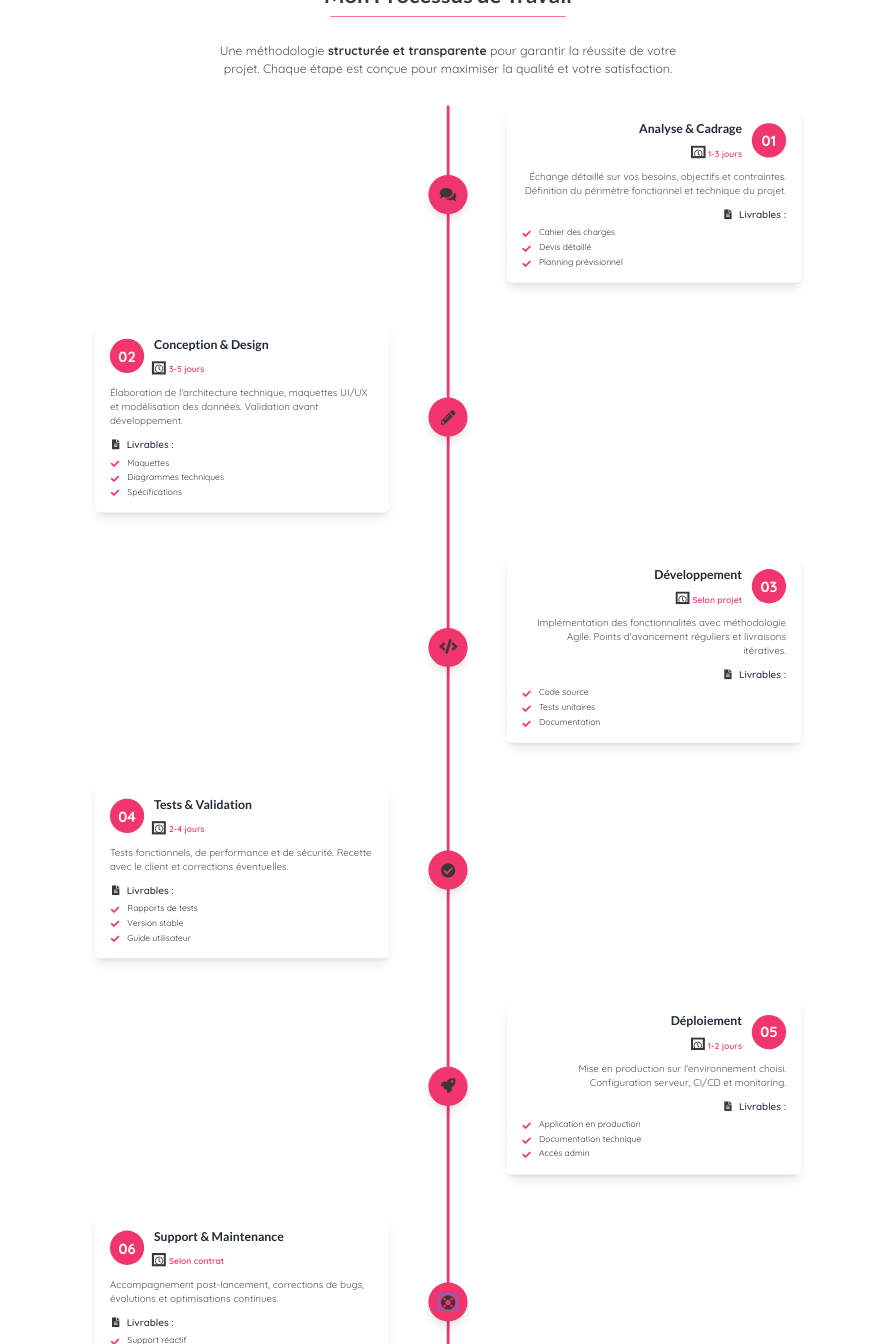
Repository: OussamSJ/Portfolio
Page: /projet
An editor plug-in stored every save of this project. The page is shown before and after a run of saves, followed by the edit.
The browser window is 1280 px wide. The pictures show the part of the page from y = 1640 to 3560 px (the page is 4174 px tall before and 4216 px after), at 70% of full size.
The project was rebuilt for these pictures with package versions that can differ from the ones it lists, and the page was loaded fresh each time. Also part of the build but not shown: src/ContactForm.js, src/Services.js, src/Badgescertifications.js, src/Home.js, src/Cv.js, src/Expcomponent.js, src/Experiences.js, src/FormationComponent.js and 6 more.

Above is the page before, as saved 2026-02-06 16:34:06.

### public/index.html
<!DOCTYPE html>
<html lang="en">
  <head>
    <meta charset="utf-8" />
    <link rel="icon" href="%PUBLIC_URL%/Logo-Devloper.png" />
    <meta name="viewport" content="width=device-width, initial-scale=1" />
    <meta name="theme-color" content="#000000" />
    <meta
      name="description"
      content="Web site created using create-react-app"
    />
    <link rel="apple-touch-icon" href="%PUBLIC_URL%/logo192.png" />
    <!--
      manifest.json provides metadata used when your web app is installed on a
      user's mobile device or desktop. See https://developers.google.com/web/fundamentals/web-app-manifest/
    -->
    <link rel="manifest" href="%PUBLIC_URL%/manifest.json" />
    <!--
      Notice the use of %PUBLIC_URL% in the tags above.
      It will be replaced with the URL of the `public` folder during the build.
      Only files inside the `public` folder can be referenced from the HTML.

      Unlike "/favicon.ico" or "favicon.ico", "%PUBLIC_URL%/favicon.ico" will
      work correctly both with client-side routing and a non-root public URL.
      Learn how to configure a non-root public URL by running `npm run build`.
    -->
    <title>Portfolio App</title>
  </head>
  <body>
    <noscript>You need to enable JavaScript to run this app.</noscript>
    <div id="root"></div>
    <!--
      This HTML file is a template.
      If you open it directly in the browser, you will see an empty page.

      You can add webfonts, meta tags, or analytics to this file.
      The build step will place the bundled scripts into the <body> tag.

      To begin the development, run `npm start` or `yarn start`.
      To create a production bundle, use `npm run build` or `yarn build`.
    -->
  </body>
</html>

### src/index.js
import React from 'react';
import ReactDOM from 'react-dom/client';
import './index.css';
import App from './App';
import reportWebVitals from './reportWebVitals';
import 'semantic-ui-css/semantic.min.css'

const root = ReactDOM.createRoot(document.getElementById('root'));
root.render(
  <React.StrictMode>
    <App />
  </React.StrictMode>
);

// If you want to start measuring performance in your app, pass a function
// to log results (for example: reportWebVitals(console.log))
// or send to an analytics endpoint. Learn more: https://bit.ly/CRA-vitals
reportWebVitals();

### src/index.css
@import url('https://fonts.googleapis.com/css2?family=Quicksand:wght@300;400;500;600;700&display=swap');
@tailwind base;
@tailwind components;
@tailwind utilities;

/* base styles */
* {
  margin: 0;
  font-family: -apple-system, BlinkMacSystemFont, 'Segoe UI', 'Roboto', 'Oxygen',
    'Ubuntu', 'Cantarell', 'Fira Sans', 'Droid Sans', 'Helvetica Neue',
    sans-serif;
  -webkit-font-smoothing: antialiased;
  -moz-osx-font-smoothing: grayscale;
  font-family: "Quicksand";
  color: #3b3737;
}

html {
  scroll-behavior: smooth;
}

code {
  font-family: source-code-pro, Menlo, Monaco, Consolas, 'Courier New',
    monospace;
}

.navbar {
  padding: 20px;
  display: flex;
  align-items: center;
  max-width: 1200px;
  margin: 0 auto;
  border-bottom: 1px solid #212020;

}

.navbar h1 {
  color: #f1356d;
}

.navbar .links {
  margin-left: auto;
}

.navbar a {
  margin-left: 16px;
  text-decoration: none;
  padding: 6px;
}

.navbar img {
  width: 40px;
  height: 40px;
  margin: 5px;
  object-fit: cover;
  /* remplit et rogne si besoin */
  border-radius: 50%;
  /* transforme le carré en cercle */
  display: block;
}

.navbar a:hover {
  color: #f1356d;
}


/* Responsive: cache les liens sur mobile */
.desktop-only {
  display: flex;
}


.mobile-toggle {
  display: none;
  margin-left: auto;
  cursor: pointer;
}

/* Responsive behavior */
/* Masque le menu desktop sur petits écrans */
@media (max-width: 768px) {
  .desktop-only {
    display: none !important;
  }

  .mobile-toggle {
    display: block !important;
    cursor: pointer;
  }
}


.content {
  max-width: 1200px;
  margin: 40px auto;
  padding: 20px;
}


.couverture {
  background-image:
    url("/public/couverture-portfolio.png");
  background-size: cover;
  /* couvre tout le conteneur sans déformation */
  background-position: center;
  /* centre l’image */
  background-repeat: no-repeat;
  /* pas de répétition */
  height: 100%;
  width: 100%;
  color: white;
  font-family: 'Orbitron', sans-serif;
  /* une police géométrique, proche de celle utilisée */
}



.couverture h1 {
  margin-top: 20px auto;
  margin-right: 50px;
  align-items: center;
  text-align: center;
  color: aliceblue;
  text-align: right;
  font-family: 'Agrandir Grand', sans-serif;
  /* une police futuriste */
}


.portfolio-footer {
  justify-content: space-between;
  display: flex;
  padding: 20px;
  border-top: 1px solid #212020;
}

.card-title {
  margin-bottom: 20px;

  padding: 0;
  font-size: 1.2rem;

}

.social-links a {
  list-style: none;
  all: unset;
  color: inherit;
  text-decoration: none;
  margin-left: auto;
  text-align: left;

}

.social-links img {
  width: 40%;
  height: 40%;
}


ul {
  list-style-type: none;
  padding: 0;
  margin: 0;

}

.social-links a:hover {
  color: #f1356d;
}

.footer-bottom {
  display: block;
  text-align: center;
}

ul li {
  text-align: left;

}



.not-found {
  justify-content: center;
  align-items: center;
  text-align: center;
  height: 50vh;
  margin-top: 200px;
  font-size: 3rem;
}


img-couverture {
  width: 100%;
  height: 100%;
  justify-content: flex-end;
  align-items: center;
  object-fit: fill;
  /* Remplit l'élément sans déformation */
  border-radius: 50%;
  /* Transforme le carré en cercle */
  display: flex;
}

/* Amélioration des styles pour le Navbar */

/* Style pour l'item actif dans le menu desktop */
.navbar .links .ui.menu .item.active {
  color: #f1356d !important;
  font-weight: bold;
  border-bottom: 3px solid #f1356d;
}

/* Hover sur les items du menu desktop */
.navbar .links .ui.menu .item:hover {
  color: #f1356d !important;
  transition: color 0.3s ease;
}

/* Style du sidebar mobile - override de Semantic UI */
.ui.sidebar.menu .item {
  transition: all 0.3s ease;
}
.ui.sidebar.menu .item.item.active {

  border-left: 4px solid #f1356d !important;
}

.ui.sidebar.menu .item:hover {
  background-color: rgba(241, 53, 109, 0.1) !important;
}

/* Animation de l'overlay */
@keyframes fadeIn {
  from {
    opacity: 0;
  }
  to {
    opacity: 1;
  }
}

.sidebar-overlay {
  animation: fadeIn 0.3s ease;
}

/* Amélioration du bouton hamburger */
.mobile-toggle {
  color: #3b3737;
  transition: transform 0.3s ease;
}

.mobile-toggle:hover {
  transform: scale(1.1);
  color: #f1356d;
}

/* Responsive - s'assurer que le toggle est visible uniquement sur mobile */
@media (min-width: 769px) {
  .mobile-toggle {
    display: none !important;
  }
}

@media (max-width: 768px) {
  .desktop-only {
    display: none !important;
  }

  .mobile-toggle {
    display: block !important;
  }
}

/* Animation pulse pour le badge disponibilité */
@keyframes pulse {
  0%, 100% {
    opacity: 1;
  }
  50% {
    opacity: 0.5;
  }
}

.animate-pulse {
  animation: pulse 2s cubic-bezier(0.4, 0, 0.6, 1) infinite;
}

/* Amélioration des transitions */
.transition-all {
  transition-property: all;
  transition-timing-function: cubic-bezier(0.4, 0, 0.2, 1);
  transition-duration: 300ms;
}

### src/App.js
import React from 'react';
import { BrowserRouter, Routes, Route } from 'react-router-dom';
import Home from './Home';
import Navbar from './Navbar';
import Cv from './Cv';
import Footbar from './Footbar';
import Experiences from './Experiences';
import Formation from './Formation';
import ProjetDetail from './projets/ProjetDetail';
import Projet from './projets/Projet';


function App() {
  return (
    <BrowserRouter>
      <div className="App">
        <div className='content'>
          <Routes>
            <Route path="/" element={<Home />} />
            <Route path="/cv" element={<Cv />} />
            <Route path="/experiences-professionnelle" element={<div ><Navbar /> <Experiences /><Footbar /></div>} />
            <Route path="/formation" element={<div ><Navbar /> <Formation /><Footbar /></div>} />
            <Route path="/projet" element={<div ><Navbar /> <Projet /><Footbar /></div>} />

           <Route path="/projet/:id" element={<div><Navbar /><ProjetDetail /><Footbar /></div>} />
            <Route path="*" element={
              <div >
                <Navbar />
                <h1 className='not-found' >Page introuvable</h1>
                <Footbar />
              </div>
            } />
          </Routes>
        </div>
      </div>
    </BrowserRouter>
  );
}

export default App;

### src/Footbar.js
import { color } from "framer-motion";

const Footbar = () => {
  return (
    <div className="footbar">
      {/* footbar  */}
      <footer className="portfolio-footer">

      <div className="card-deck">
        <div className="card">
        <div className="card-body">
          <h4 className="card-title">À propos</h4>
          <p className="card-text">Développeur Web passionné, créant des expériences utilisateur fluides.</p>
        </div>
        </div>
      </div>

      <div className="card-deck">
        <div className="card">
        <div className="card-body">
          <h4 className="card-title">Liens utiles</h4>
          <ul className="social-links" style={{ color: '#3b3737'}}>

          <li><a href="/">Accueil</a></li>
          <li><a href="/projet">Projet</a></li>
          <li><a href="/cv">CV</a></li>
          <li><a href="/formation">Formations</a></li>

          </ul>
        </div>
        </div>
      </div>

      <div className="card-deck">
        <div className="card">
        <div className="card-body">
          <h4 className="card-title">Suivez-moi</h4>
          <ul className="social-links">
          <li><a href="https://github.com/OussamSJ"> <img src="/github.svg" alt="GitHub" target="_blank" rel="noopener noreferrer"></img></a></li>
          <li><a href="https://www.linkedin.com/in/oussama-sj/"> <img src="/linkedin.svg" alt="LinkedIn" target="_blank" rel="noopener noreferrer"></img></a></li>
          <li><a href="https://www.instagram.com/oussama.sj/"> <img  src="/instagram.svg" alt="Instagram" target="_blank" rel="noopener noreferrer"></img></a></li>
          </ul>
        </div>
        </div>
      </div>

      </footer>
      <div className="footer-bottom">
      <p>© 2025 Oussama SEYID JEBARI <br /> Tous droits réservés.</p>
      </div>

    </div>

    );
}

export default Footbar;

### src/projets/Projet.js

import ProjetComponent from "./ProjetComponent";
import Card from 'react-bootstrap/Card';
import Processus from "../Processus";

export const projets = [
    {
        id: '1',
        titre: 'Project management tool',
        description: 'Un site personnel développé avec React et Tailwind CSS.',
        description_longue: 'Ce portfolio présente mes compétences, expériences et projets. Il est entièrement responsive et utilise React pour une navigation fluide. Le design est réalisé avec Tailwind CSS pour une personnalisation rapide et efficace.',
        image: "/logo-pmt.png",
    },
    {
        id: '2',
        titre: 'Football Player Search',
        description: 'une application mobile Android développée avec Kotlin.',
        description_longue: 'une application mobile Android conçue pour offrir une recherche intuitive et rapide d’informations sur les joueurs de football du monde entier.',
        image: '/Android_project_image.png',
    },
    {
        id: '3',
        titre: 'Machine Learning - Prédire le Prix de Vente immobilier',
        description: 'Modèle de maching learning conçu pour anticiper les tendances du marché immobilier.',
        description_longue: 'Améliorer la précision des estimations afin d’aider à la prise de décision pour la mise en vente, optimiser les marges, et anticiper les tendances du marché immobilier. Ce projet illustre mes compétences en machine learning, mon savoir-faire en manipulation de données complexes, et ma capacité à transformer des insights en solutions concrètes.',
        image: '/machinelearning_project.png',
    },
    {
        id: '4',
        titre: 'GameUP API',
        description: 'API Spring Boot pour la plateforme GamesUP',
        description_longue: 'API Spring Boot pour la plateforme GamesUP, dédiée à la gestion de jeux de société et aux recommandations personnalisées via Machine Learning.',
        image: '/GameUp-image.png',
    },
];

export default function Projet() {
    return (
        <div className="relative max-w-6xl mx-auto py-auto px-auto mt-10 mb-10">
            <h1 className="text-3xl font-bold mb-8 text-center p-8">Mes Projets</h1>
            <Card>
                <Card.Img variant="top" className=" w-200 h-80 mx-auto" src="projects_image.png" />
                <Card.Body>
                    <Card.Text>
                        <p className="text-gray-700 text-2xl p-10  mg-auto ">
                            Cette section regroupe l’ensemble de mes projets réalisés au cours de mon parcours en développement logicielle.
                            Ils couvrent des domaines variés : développement web frontend, développement web backend, microservices, systèmes distribués, projets scolaires, scripts utilitaires et expérimentations personnelles.
                            Chaque projet illustre une compétence ou un apprentissage spécifique, que ce soit dans l’architecture logicielle, l’intégration continue, l’optimisation ou l'expérience utilisateur.
                            Vous pouvez consulter le code source sur mon profil GitHub, ou cliquer sur chaque carte projet pour plus de détails.
                        </p>

                        {/*<p className="text-gray-700 font-bold text-3xl mb-20 mg-auto">
                            voir les autre projets :
                        </p> */}

                        {/*   Projets */}
                        <div className="relative z-10 grid grid-cols-1 sm:grid-cols-2 lg:grid-cols-3 gap-8">
                            {projets
                                .sort(() => Math.random() - 0.5)
                                .map((pr, index) => (
                                    <ProjetComponent key={index} index={index} {...pr} />
                                ))}
                        </div>
                    </Card.Text>
                </Card.Body>
            </Card>
            <br />
            <Processus />

        </div>
    );
}

### src/projets/ProjetComponent.js
import { Link } from 'react-router-dom';

export default function ProjetComponent({ id, titre,  image, description, description_longue }) {



  return (
    <div className="border  shadow p-4 max-w-sm">
    <img src={image} alt={titre} className="w-full h-40 object-cover rounded-md" />
    <h3 className="text-xl font-bold mt-2">{titre}</h3>
    <p className="text-sm text-gray-600">{description}</p>
    <Link to={`/projet/${id}`} className="text-[#f1356d] mt-2 inline-block"  onClick={() => window.scrollTo(0, 0)}>
      Voir le projet →
    </Link>
  </div>
  );
}

### src/Processus.js
import { motion } from "framer-motion";
import { Icon } from "semantic-ui-react";

const etapes = [
  {
    numero: "01",
    titre: "Analyse & Cadrage",
    description: "Échange détaillé sur vos besoins, objectifs et contraintes. Définition du périmètre fonctionnel et technique du projet.",
    icon: "comments",
    duree: "1-3 jours",
    livrables: ["Cahier des charges", "Devis détaillé", "Planning prévisionnel"]
  },
  {
    numero: "02",
    titre: "Conception & Design",
    description: "Élaboration de l'architecture technique, maquettes UI/UX et modélisation des données. Validation avant développement.",
    icon: "pencil alternate",
    duree: "3-5 jours",
    livrables: ["Maquettes", "Diagrammes techniques", "Spécifications"]
  },
  {
    numero: "03",
    titre: "Développement",
    description: "Implémentation des fonctionnalités avec méthodologie Agile. Points d'avancement réguliers et livraisons itératives.",
    icon: "code",
    duree: "Selon projet",
    livrables: ["Code source", "Tests unitaires", "Documentation"]
  },
  {
    numero: "04",
    titre: "Tests & Validation",
    description: "Tests fonctionnels, de performance et de sécurité. Recette avec le client et corrections éventuelles.",
    icon: "check circle",
    duree: "2-4 jours",
    livrables: ["Rapports de tests", "Version stable", "Guide utilisateur"]
  },
  {
    numero: "05",
    titre: "Déploiement",
    description: "Mise en production sur l'environnement choisi. Configuration serveur, CI/CD et monitoring.",
    icon: "rocket",
    duree: "1-2 jours",
    livrables: ["Application en production", "Documentation technique", "Accès admin"]
  },
  {
    numero: "06",
    titre: "Support & Maintenance",
    description: "Accompagnement post-lancement, corrections de bugs, évolutions et optimisations continues.",
    icon: "life ring",
    duree: "Selon contrat",
    livrables: ["Support réactif", "Mises à jour", "Rapports mensuels"]
  }
];

export default function Processus() {
  return (
    <section className="my-20 px-4py-16">
      <div className="max-w-7xl mx-auto">
        <h2 className="text-4xl font-bold mb-4 text-center">Mon Processus de Travail</h2>
        <div className="relative top-1/2 w-1/3 mx-auto mb-10 h-0.5 bg-primary transform -translate-y-1/2 z-0 hidden  bg-gray-50  sm:block" />

        <p className="text-xl text-center text-gray-600 max-w-3xl mx-auto mb-12">
          Une méthodologie <strong>structurée et transparente</strong> pour garantir la réussite de votre projet.
          Chaque étape est conçue pour maximiser la qualité et votre satisfaction.
        </p>

        {/* Timeline */}
        <div className="relative">
          {/* Ligne verticale (desktop) */}
          <div className="absolute left-1/2 transform -translate-x-1/2 h-full w-1 bg-primary hidden lg:block" />

          {/* Étapes */}
          {etapes.map((etape, index) => {
            const isEven = index % 2 === 0;

            return (
              <motion.div
                key={index}
                initial={{ opacity: 0, x: isEven ? -50 : 50 }}
                whileInView={{ opacity: 1, x: 0 }}
                transition={{ duration: 0.6, delay: index * 0.1 }}
                viewport={{ once: true }}
                className={`relative mb-12 lg:mb-16 flex flex-col lg:flex-row items-center ${
                  isEven ? 'lg:flex-row-reverse' : ''
                }`}
              >
                {/* Contenu */}
                <div className={`w-full lg:w-5/12 ${isEven ? 'lg:text-right' : 'lg:text-left'}`}>
                  <div className="bg-white p-6 rounded-lg shadow-lg hover:shadow-xl transition-shadow duration-300">
                    {/* En-tête */}
                    <div className={`flex items-center gap-4 mb-4 ${isEven ? 'lg:flex-row-reverse' : ''}`}>
                      <div className="bg-primary text-white font-bold text-2xl w-14 h-14 rounded-full flex items-center justify-center flex-shrink-0">
                        {etape.numero}
                      </div>
                      <div>
                        <h3 className="text-xl font-bold text-gray-800">{etape.titre}</h3>
                        <p className="text-sm text-primary font-semibold">
                          <Icon name="clock outline" /> {etape.duree}
                        </p>
                      </div>
                    </div>

                    {/* Description */}
                    <p className="text-gray-600 mb-4">
                      {etape.description}
                    </p>

                    {/* Livrables */}
                    <div>
                      <p className="font-semibold text-gray-700 mb-2">
                        <Icon name="file alternate" /> Livrables :
                      </p>
                      <ul className={`text-sm text-gray-600 space-y-1 ${isEven ? 'lg:text-right' : ''}`}>
                        {etape.livrables.map((livrable, idx) => (
                          <li key={idx} className="flex items-center gap-2">
                            <Icon name="check" className="text-primary" />
                            <span>{livrable}</span>
                          </li>
                        ))}
                      </ul>
                    </div>
                  </div>
                </div>

                {/* Icône centrale (desktop) */}
                <div className="hidden lg:flex w-2/12 justify-center items-center">
                  <div className="bg-primary text-white w-16 h-16 rounded-full flex items-center justify-center shadow-lg z-10">
                    <Icon name={etape.icon} size="large" style={{ margin: 0 }} />
                  </div>
                </div>

                {/* Espace vide pour alignement (desktop) */}
                <div className="hidden lg:block w-5/12" />
              </motion.div>
            );
          })}
        </div>

        {/* Call to Action */}
        <div className="text-center mt-12 bg-white p-8 rounded-lg shadow-lg">
          <h3 className="text-2xl font-bold mb-4">Prêt à démarrer votre projet ?</h3>
          <p className="text-gray-600 mb-6">
            Contactez-moi pour discuter de vos besoins et obtenir un devis personnalisé.
          </p>
          <a
            href="#contact"
            className="inline-block bg-primary text-white font-bold py-3 px-8 rounded-lg hover:bg-opacity-90 transition-all duration-300 shadow-lg hover:shadow-xl"
          >
            Lancer mon projet
          </a>
        </div>
      </div>
    </section>
  );
}

### tailwind.config.js
/** @type {import('tailwindcss').Config} */
module.exports = {
  content: [  "./src/**/*.{js,ts,jsx,tsx}",],
  theme: {
    extend: {
      colors: {
        primary: '#f1356d', // Exemple
      },
    },
  },
  plugins: [],
}

Loaded but not shown: src/reportWebVitals.js (common file); src/Navbar.js (184 lines, source omitted)

After the next 2 saves:
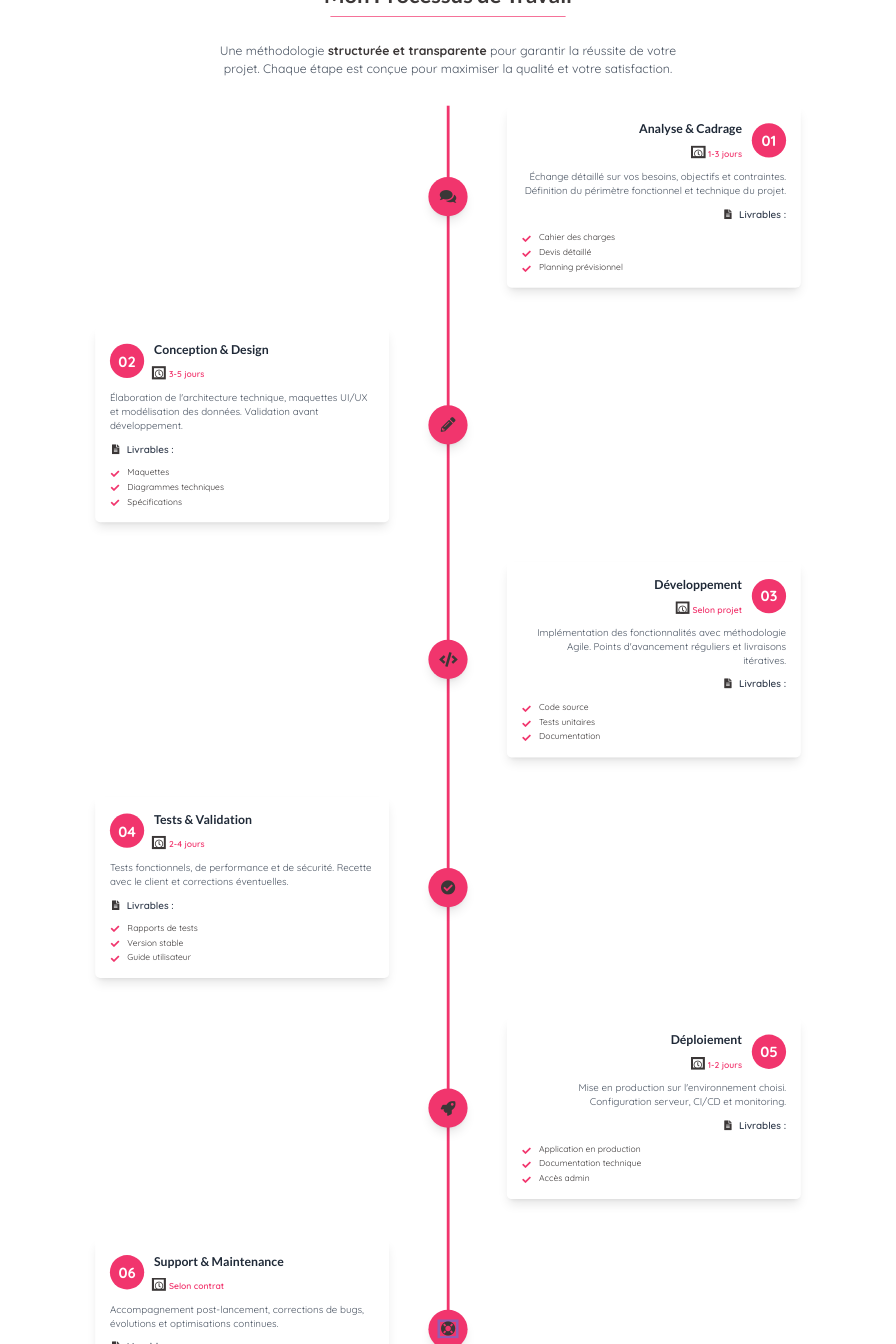
The 2 saves are shown as one change because 1 did not build or start.
The last was saved 6 min 56 s later.
--- a/src/Processus.js
+++ b/src/Processus.js
@@ -107,9 +107,15 @@ export default function Processus() {
 
                     {/* Livrables */}
                     <div>
+                      <div
+  className={`flex mb-4 ${
+    index % 2 === 0 ? "justify-end" : "justify-start"
+  }`}
+>
                       <p className="font-semibold text-gray-700 mb-2">
                         <Icon name="file alternate" /> Livrables :
                       </p>
+                      </div>
                       <ul className={`text-sm text-gray-600 space-y-1 ${isEven ? 'lg:text-right' : ''}`}>
                         {etape.livrables.map((livrable, idx) => (
                           <li key={idx} className="flex items-center gap-2">
